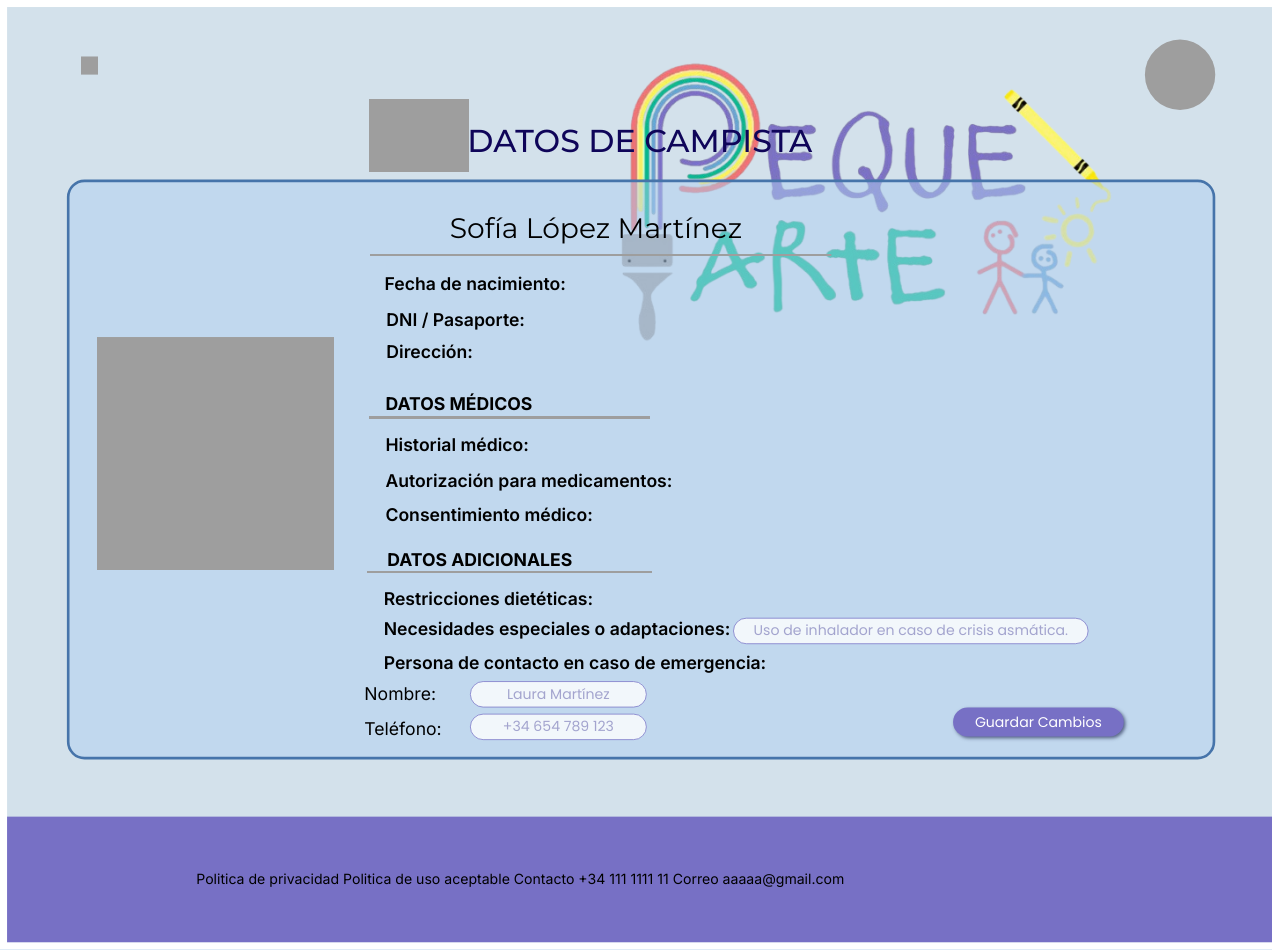
Repository: maariadomiingo/Proyecto-Integrador-Campamento
Page: html/editarCampistas.html
An editor plug-in stored every save of this project. The page is shown before and after a run of saves, followed by the edit.
The browser window is 1280 px wide. The page is 1446 px wide, so the pictures cover 1446 px, including what lies to the right of the window. The pictures show the whole page, at 88% of full size.
Pictures or frames that could not be fetched are drawn as grey boxes.

Above is the page before, as saved 2025-02-05 17:25:48.

After the next 4 saves:
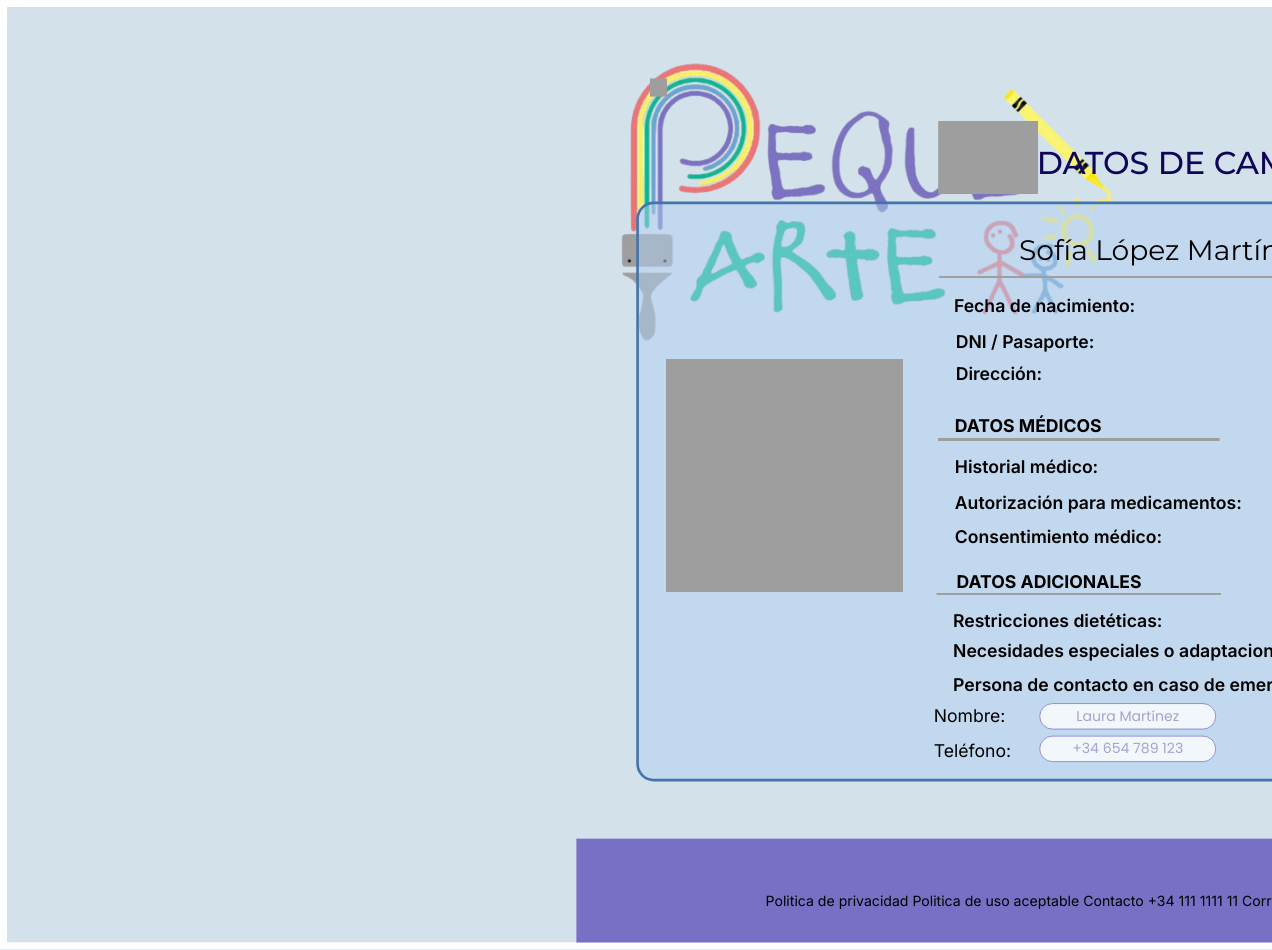
The 4 saves are shown as one change because they came seconds apart.
The last was saved 22 s later.
--- a/html/editarCampistas.html
+++ b/html/editarCampistas.html
@@ -14,9 +14,7 @@
       <div class="rectangle"></div>
       <div class="logo">
         <img src="../img/logo sin fondo.png">
-      </div>
-      <div class="logo-1"></div>
-      <div class="logo-final-sin-fondo"></div>
+
       <div class="img-3"></div>
       <div class="pic-2"></div>
       <div class="clipart-transparent-library-watercolor"></div>
